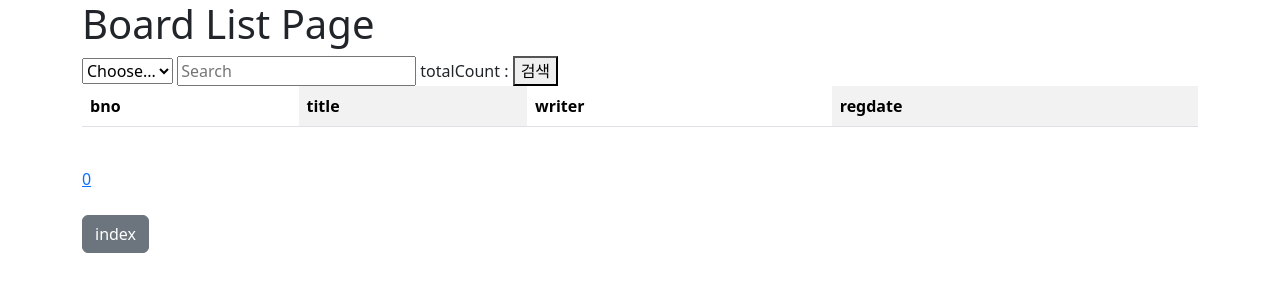
Repository: gajami-kim/jspStudy240430
Page: http://localhost/jsp_study/board/list.jsp
An editor plug-in stored every save of this project. The page is shown before and after the next save, followed by the edit.
The browser window is 1280 px wide. The pictures show the whole page.
The page is served by Tomcat 9. The template is opened directly, without the code that normally fills it, so the values that code supplies are empty.

Above is the page before, as saved 2024-04-19 07:00:12.

After the next save:
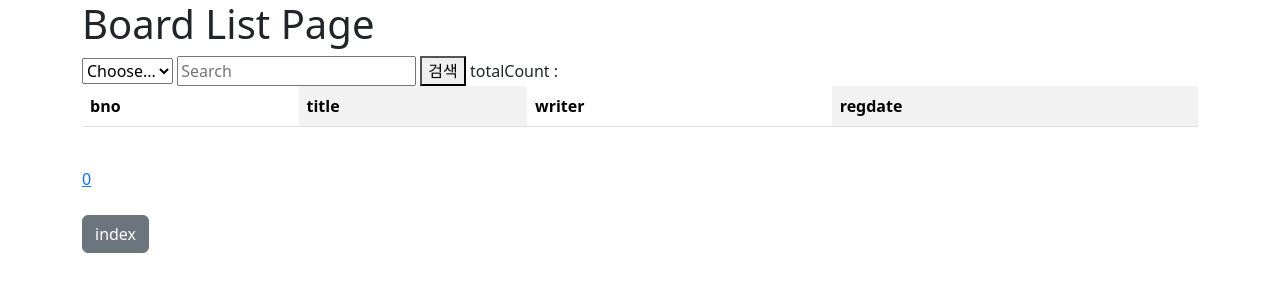
Saved 8 s later.
--- a/jsp_study/src/main/webapp/board/list.jsp
+++ b/jsp_study/src/main/webapp/board/list.jsp
@@ -27,8 +27,8 @@
 				<input type="text" name="keyword" placeholder="Search" value=${ph.pgvo.keyword }>
 				<input type="hidden" name="pageNum" value="${ph.pgvo.pageNum }" }>
 				<input type="hidden" name="qty" value="${ph.pgvo.qty }" }>
+				<button type="submit">검색</button>
 				<span>totalCount : ${ph.totalCount }</span>
-				<button type="submit">검색</button>
 			</div>
 		</form>
 	</div>
